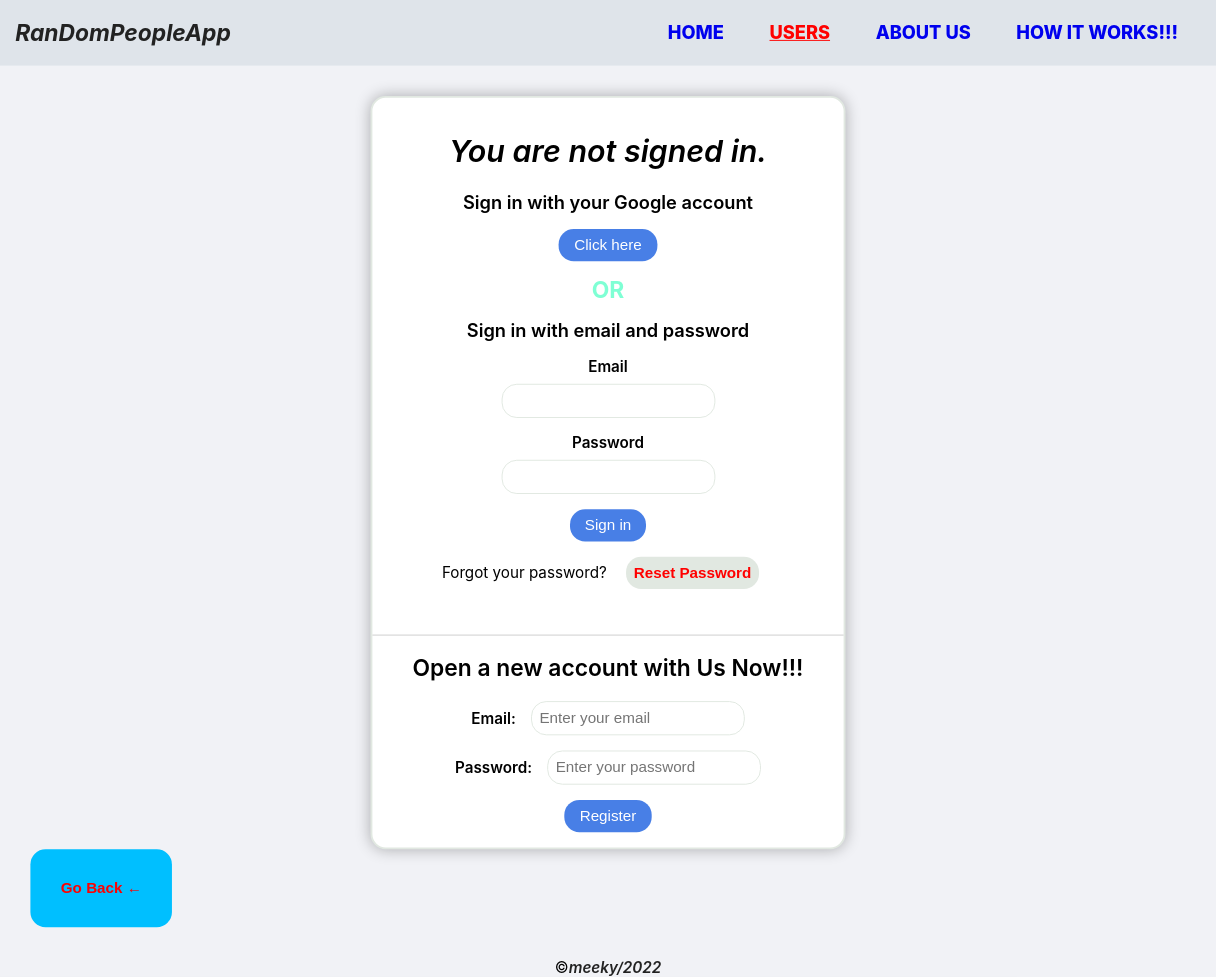
Repository: MikkyPrestige/RandomProfiles
Page: /profile
These files come from the project's save history. The page is drawn as it stood at one moment and after the next save; the edit follows.
The browser window is 1280 px wide. The pictures show the whole page, at 95% of full size.
The page's requests for data from a server got no answer. The project was rebuilt for these pictures with package versions that can differ from the ones it lists, and the page was loaded fresh each time. Some packages were replaced by stand-ins written for this rebuild. No one was signed in, and anything a server would have sent is missing. Also part of the build but not shown: src/assets/styles/home.css, src/components/home.jsx, src/components/users.jsx, src/assets/styles/search.css, src/components/search.jsx, src/assets/styles/help.css, src/components/help.jsx, src/assets/styles/about.css and 8 more.

Above is the page before, as saved 2022-12-05 23:23:36.

After the next save:
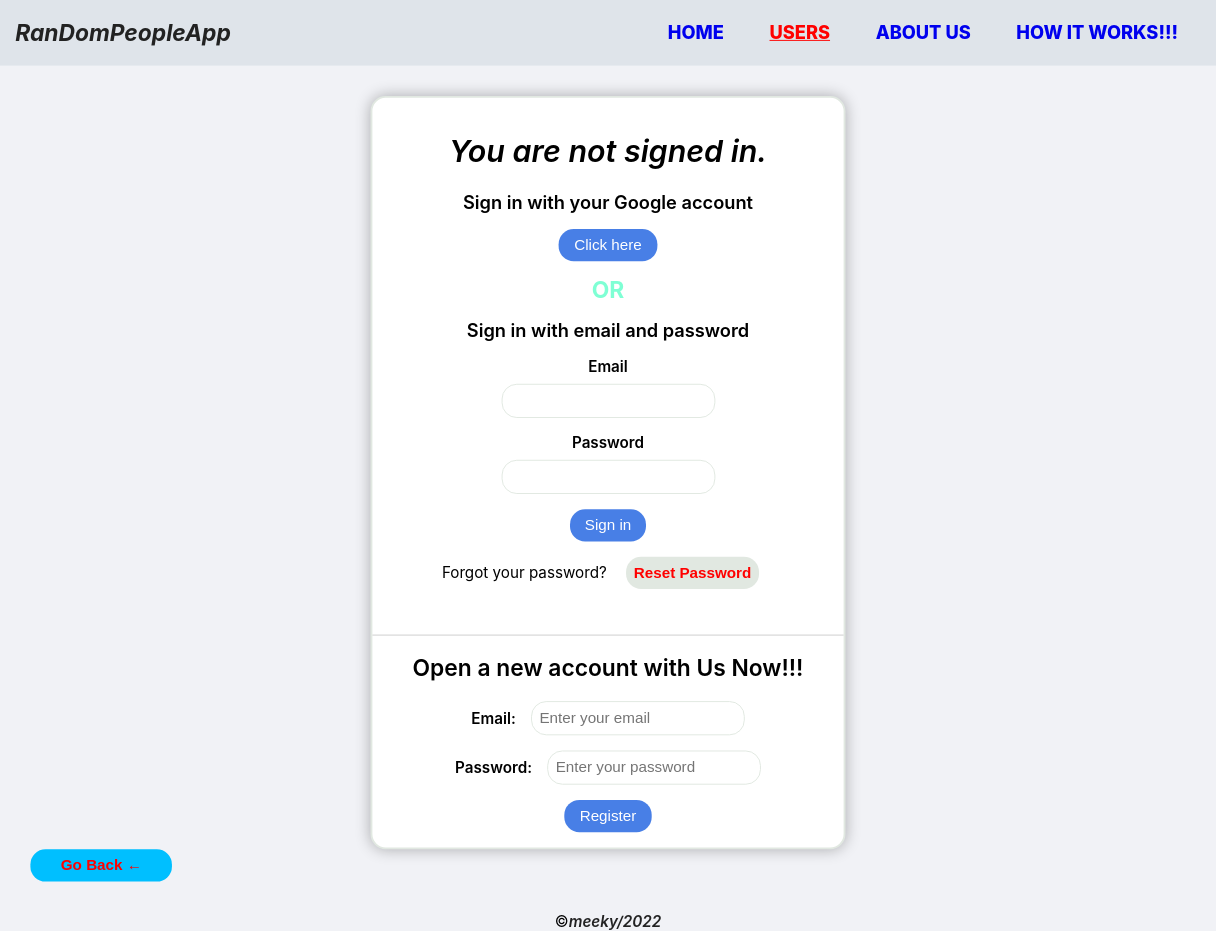
Saved 14 s later.
--- a/src/components/layout.jsx
+++ b/src/components/layout.jsx
@@ -56,7 +56,7 @@ const Back = () => {
       border: "none",
       borderRadius: "1rem",
       color: "#f00",
-      padding: "2rem",
+      padding: ".5rem 2rem",
       fontSize: "1rem",
       fontWeight: "600",
       cursor: "pointer",
